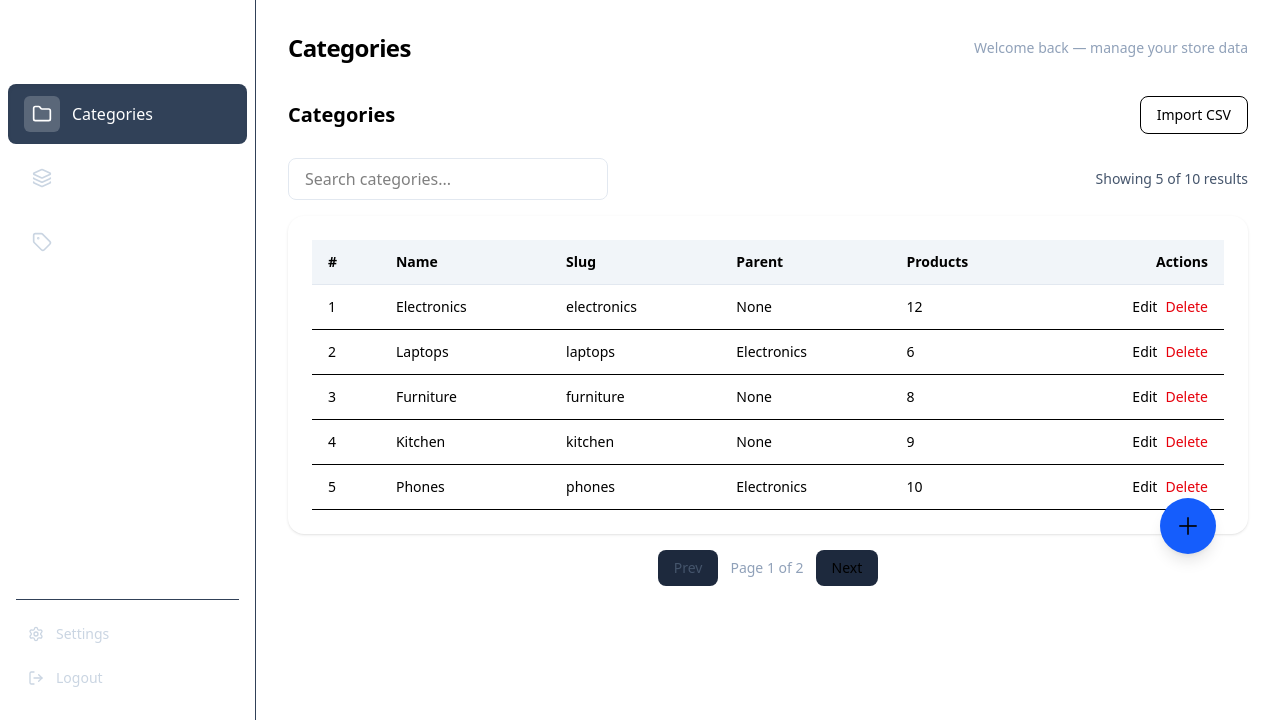
Repository: Ndegwa2/MulistorePOS
Page: /
An editor plug-in stored every save of this project. The page is shown before and after the next save, followed by the edit.
The browser window is 1280 px wide. The pictures show the whole page.
The project was rebuilt for these pictures with package versions that can differ from the ones it lists, and the page was loaded fresh each time. Also part of the build but not shown: vite.config.js, Frontend/EditModal.jsx, Frontend/DeleteConfirm.jsx, Frontend/subcategory.jsx, Frontend/brand.jsx.

Above is the page before, as saved 2025-10-03 09:54:13.

### index.html
<!DOCTYPE html>
<html lang="en">
  <head>
    <meta charset="UTF-8" />
    <link rel="icon" type="image/svg+xml" href="/vite.svg" />
    <meta name="viewport" content="width=device-width, initial-scale=1.0" />
    <title>Multistore POS</title>
  </head>
  <body class="bg-secondary text-text">
    <div id="root"></div>
    <script type="module" src="/Frontend/main.jsx"></script>
  </body>
</html>

### Frontend/main.jsx
import React from 'react'
import ReactDOM from 'react-dom/client'
import './index.css'
import Dashboard from './dashboaord'

ReactDOM.createRoot(document.getElementById('root')).render(
  <React.StrictMode>
    <Dashboard />
  </React.StrictMode>,
)

### Frontend/dashboaord.jsx
import React, { useState } from "react";
import { Folder, Layers, Tag, Settings, LogOut } from "lucide-react";

// Assume these exist in your project
import CategoryPanel from "./categoryPanel";
import SubCategoryPanel from "./subcategory";
import BrandPanel from "./brand";

const NAV = [
  { key: "categories", label: "Categories", icon: Folder },
  { key: "subcategories", label: "Subcategories", icon: Layers },
  { key: "brands", label: "Brands", icon: Tag },
];

export default function Dashboard() {
  const [active, setActive] = useState("categories");

  // small helper for rendering the active panel
  function renderPanel() {
    if (active === "categories") return <CategoryPanel />;
    if (active === "subcategories") return <SubCategoryPanel />;
    return <BrandPanel />;
  }

  return (
    <div className="min-h-screen bg-secondary text-text flex">
      {/* Sidebar */}
      <aside
        className="w-64 fixed left-0 top-0 h-screen bg-primary text-white border-r border-slate-700
                   flex flex-col justify-between"
        aria-label="Sidebar"
      >
        <div>
          {/* Logo / Title */}
          <div className="px-6 py-6">
            <div className="text-sm font-semibold">Multistore POS</div>
          </div>

          {/* Nav */}
          <nav className="mt-4 px-2" aria-label="Main navigation">
            {NAV.map((n) => {
              const Icon = n.icon;
              const isActive = active === n.key;
              return (
                <button
                  key={n.key}
                  onClick={() => setActive(n.key)}
                  className={`group w-full flex items-center gap-3 px-4 py-3 my-1 rounded-lg text-left
                              transition-colors duration-150
                              ${isActive ? "bg-slate-700 text-white shadow-inner" : "hover:bg-slate-700"}`}
                  aria-current={isActive ? "page" : undefined}
                >
                  <div className={`p-2 rounded-md ${isActive ? "bg-white/20" : "bg-transparent"}`}>
                    <Icon className={`w-5 h-5 ${isActive ? "text-white" : "text-slate-300"} transition-colors`} />
                  </div>
                  <span className="flex-1">{n.label}</span>
                  {/* subtle chevron or count placeholder (optional) */}
                </button>
              );
            })}
          </nav>
        </div>

        {/* bottom area */}
        <div className="px-4 pb-6">
          <div className="border-t border-slate-700 pt-4 flex flex-col gap-2">
            <button className="flex items-center gap-3 px-3 py-2 rounded-lg hover:bg-slate-700 transition-colors">
              <Settings className="w-4 h-4 text-slate-300" />
              <span className="text-sm text-slate-300">Settings</span>
            </button>
            <button className="flex items-center gap-3 px-3 py-2 rounded-lg hover:bg-slate-700 transition-colors">
              <LogOut className="w-4 h-4 text-slate-300" />
              <span className="text-sm text-slate-300">Logout</span>
            </button>
          </div>
        </div>
      </aside>

      {/* Main content */}
      <main className="flex-1 ml-64 bg-secondary min-h-screen text-text p-8">
        {/* Top header (shows active panel name) */}
        <header className="mb-6">
          <div className="flex items-center justify-between">
            <h2 className="text-2xl font-semibold tracking-tight">
              {NAV.find((n) => n.key === active)?.label}
            </h2>
            <div className="text-sm text-slate-400">Welcome back — manage your store data</div>
          </div>
        </header>

        {/* Content area with simple fade/slide animation */}
        <section
          key={active} /* remounts on active change to trigger transition */
          className="transition duration-300 ease-out transform opacity-0 translate-y-2 animate-fade-in"
          style={{ animationFillMode: "forwards", animationDuration: "220ms" }}
        >
          <div className="bg-transparent">
            {renderPanel()}
          </div>
        </section>
      </main>

      {/* small global styles for the fade-in animation (Tailwind can't define keyframes inline) */}
      <style>{`
        @keyframes fadeIn {
          from { opacity: 0; transform: translateY(6px); }
          to { opacity: 1; transform: translateY(0); }
        }
        .animate-fade-in {
          animation-name: fadeIn;
        }
      `}</style>
    </div>
  );
}

### Frontend/categoryPanel.jsx
import React, { useState } from "react";
import EditModal from "./EditModal";
import DeleteConfirm from "./DeleteConfirm";

export default function CategoryPanel() {
  const [categories, setCategories] = useState([
    { id: 1, name: "Electronics", slug: "electronics", parent: "None", count: 12 },
    { id: 2, name: "Laptops", slug: "laptops", parent: "Electronics", count: 6 },
    { id: 3, name: "Furniture", slug: "furniture", parent: "None", count: 8 },
    { id: 4, name: "Kitchen", slug: "kitchen", parent: "None", count: 9 },
    { id: 5, name: "Phones", slug: "phones", parent: "Electronics", count: 10 },
    { id: 6, name: "Accessories", slug: "accessories", parent: "Electronics", count: 4 },
    { id: 7, name: "Chairs", slug: "chairs", parent: "Furniture", count: 7 },
    { id: 8, name: "Tables", slug: "tables", parent: "Furniture", count: 5 },
    { id: 9, name: "Home Decor", slug: "home-decor", parent: "None", count: 11 },
    { id: 10, name: "Audio", slug: "audio", parent: "Electronics", count: 3 },
  ]);

  const [showModal, setShowModal] = useState(false);
  const [newCategory, setNewCategory] = useState({ name: "", slug: "", parent: "", description: "" });
  const [searchTerm, setSearchTerm] = useState("");
  const [currentPage, setCurrentPage] = useState(1);
  const itemsPerPage = 5;

  const [showEditModal, setShowEditModal] = useState(false);
  const [editingItem, setEditingItem] = useState(null);
  const [showDeleteConfirm, setShowDeleteConfirm] = useState(false);
  const [deletingItem, setDeletingItem] = useState(null);

  // Derived filtered categories
  const filtered = categories.filter(
    (c) =>
      c.name.toLowerCase().includes(searchTerm.toLowerCase()) ||
      c.slug.toLowerCase().includes(searchTerm.toLowerCase())
  );

  // Pagination logic
  const totalPages = Math.ceil(filtered.length / itemsPerPage);
  const paginated = filtered.slice((currentPage - 1) * itemsPerPage, currentPage * itemsPerPage);

  const handleAdd = () => setShowModal(true);

  const handleSave = () => {
    if (newCategory.name.trim() === "") return;
    setCategories([...categories, { ...newCategory, id: Date.now(), count: 0 }]);
    setNewCategory({ name: "", slug: "", parent: "", description: "" });
    setShowModal(false);
  };

  const handleSearch = (e) => {
    setSearchTerm(e.target.value);
    setCurrentPage(1);
  };

  const handleEdit = (item) => {
    setEditingItem(item);
    setShowEditModal(true);
  };

  const handleEditSave = (updated) => {
    setCategories(categories.map(c => c.id === updated.id ? updated : c));
    setShowEditModal(false);
  };

  const handleDelete = (item) => {
    setDeletingItem(item);
    setShowDeleteConfirm(true);
  };

  const handleDeleteConfirm = () => {
    setCategories(categories.filter(c => c.id !== deletingItem.id));
    setShowDeleteConfirm(false);
  };

  return (
    <div className="text-text font-sans">
      {/* Header */}
      <div className="flex flex-col sm:flex-row justify-between sm:items-center mb-6 gap-3">
        <h2 className="text-xl font-semibold">Categories</h2>
        <div className="flex gap-3">
          <button
            className="bg-primary text-white px-4 py-2 rounded-lg hover:bg-slate-700 text-sm"
            onClick={handleAdd}
          >
            + New Category
          </button>
          <button className="border border-primary text-primary px-4 py-2 rounded-lg hover:bg-slate-100 text-sm">
            Import CSV
          </button>
        </div>
      </div>

      {/* Search */}
      <div className="mb-4 flex justify-between items-center flex-wrap gap-3">
        <input
          type="text"
          placeholder="Search categories..."
          value={searchTerm}
          onChange={handleSearch}
          className="w-full sm:w-1/3 bg-white text-text px-4 py-2 rounded-lg border border-slate-200 focus:ring-2 focus:ring-primary outline-none"
        />
        <span className="text-sm text-slate-600">
          Showing {paginated.length} of {filtered.length} results
        </span>
      </div>

      {/* Table */}
      <div className="bg-white rounded-2xl shadow p-6 overflow-x-auto">
        <table className="w-full text-left border-collapse text-sm">
          <thead className="bg-slate-100 border-b border-slate-200">
            <tr>
              <th className="py-3 px-4">#</th>
              <th className="py-3 px-4">Name</th>
              <th className="py-3 px-4">Slug</th>
              <th className="py-3 px-4">Parent</th>
              <th className="py-3 px-4">Products</th>
              <th className="py-3 px-4 text-right">Actions</th>
            </tr>
          </thead>
          <tbody>
            {paginated.map((cat, idx) => (
              <tr key={cat.id} className="border-b hover:bg-slate-50">
                <td className="py-3 px-4">{(currentPage - 1) * itemsPerPage + idx + 1}</td>
                <td className="py-3 px-4">{cat.name}</td>
                <td className="py-3 px-4">{cat.slug}</td>
                <td className="py-3 px-4">{cat.parent}</td>
                <td className="py-3 px-4">{cat.count}</td>
                <td className="py-3 px-4 text-right space-x-2">
                  <button
                    onClick={() => handleEdit(cat)}
                    className="text-primary hover:underline"
                  >
                    Edit
                  </button>
                  <button
                    onClick={() => handleDelete(cat)}
                    className="text-red-600 hover:underline"
                  >
                    Delete
                  </button>
                </td>
              </tr>
            ))}
          </tbody>
        </table>
      </div>

      {/* Pagination Controls */}
      <div className="flex justify-center gap-3 mt-4">
        <button
          disabled={currentPage === 1}
          onClick={() => setCurrentPage(currentPage - 1)}
          className={`px-4 py-2 rounded-lg text-sm ${
            currentPage === 1 ? "bg-slate-800 text-slate-600" : "bg-slate-800 hover:bg-slate-700"
          }`}
        >
          Prev
        </button>
        <span className="text-slate-400 text-sm self-center">
          Page {currentPage} of {totalPages}
        </span>
        <button
          disabled={currentPage === totalPages}
          onClick={() => setCurrentPage(currentPage + 1)}
          className={`px-4 py-2 rounded-lg text-sm ${
            currentPage === totalPages
              ? "bg-slate-800 text-slate-600"
              : "bg-slate-800 hover:bg-slate-700"
          }`}
        >
          Next
        </button>
      </div>

      {/* Floating Add Button */}
      <button
        onClick={handleAdd}
        className="fixed bottom-8 right-8 bg-blue-600 hover:bg-blue-700 w-14 h-14 flex items-center justify-center rounded-full shadow-lg"
      >
        <span className="text-2xl">＋</span>
      </button>

      {/* Modal */}
      {showModal && (
        <div className="fixed inset-0 bg-black/50 flex items-center justify-center z-50">
          <div className="bg-slate-900 p-6 rounded-xl w-full max-w-md shadow-2xl border border-slate-800">
            <h2 className="text-lg font-semibold mb-4">Add New Category</h2>

            <div className="space-y-4">
              <div>
                <label className="text-sm text-slate-400">Name</label>
                <input
                  type="text"
                  value={newCategory.name}
                  onChange={(e) => setNewCategory({ ...newCategory, name: e.target.value })}
                  className="w-full mt-1 bg-slate-800 rounded-lg px-3 py-2 outline-none focus:ring-2 focus:ring-blue-600"
                />
              </div>
              <div>
                <label className="text-sm text-slate-400">Slug</label>
                <input
                  type="text"
                  value={newCategory.slug}
                  onChange={(e) => setNewCategory({ ...newCategory, slug: e.target.value })}
                  className="w-full mt-1 bg-slate-800 rounded-lg px-3 py-2 outline-none focus:ring-2 focus:ring-blue-600"
                />
              </div>
              <div>
                <label className="text-sm text-slate-400">Parent</label>
                <select
                  value={newCategory.parent}
                  onChange={(e) => setNewCategory({ ...newCategory, parent: e.target.value })}
                  className="w-full mt-1 bg-slate-800 rounded-lg px-3 py-2 outline-none focus:ring-2 focus:ring-blue-600"
                >
                  <option value="">None</option>
                  {categories
                    .filter((c) => c.parent === "None")
                    .map((c) => (
                      <option key={c.id}>{c.name}</option>
                    ))}
                </select>
              </div>
              <div>
                <label className="text-sm text-slate-400">Description</label>
                <textarea
                  rows="3"
                  value={newCategory.description}
                  onChange={(e) => setNewCategory({ ...newCategory, description: e.target.value })}
                  className="w-full mt-1 bg-slate-800 rounded-lg px-3 py-2 outline-none focus:ring-2 focus:ring-blue-600"
                ></textarea>
              </div>
            </div>

            <div className="flex justify-end gap-3 mt-6">
              <button
                onClick={() => setShowModal(false)}
                className="px-4 py-2 bg-slate-800 hover:bg-slate-700 rounded-lg"
              >
                Cancel
              </button>
              <button
                onClick={handleSave}
                className="px-4 py-2 bg-blue-600 hover:bg-blue-700 rounded-lg"
              >
                Save
              </button>
            </div>
          </div>
        </div>
      )}

      <EditModal
        isOpen={showEditModal}
        onClose={() => setShowEditModal(false)}
        onSave={handleEditSave}
        initialData={editingItem}
        fields={[
          { name: 'name', label: 'Name', type: 'text' },
          { name: 'slug', label: 'Slug', type: 'text' },
          { name: 'parent', label: 'Parent', type: 'select', options: ['None', ...categories.filter(c => c.parent === 'None').map(c => c.name)] },
          { name: 'description', label: 'Description', type: 'textarea' }
        ]}
      />

      <DeleteConfirm
        isOpen={showDeleteConfirm}
        onClose={() => setShowDeleteConfirm(false)}
        onConfirm={handleDeleteConfirm}
        itemName={deletingItem?.name}
      />
    </div>
  );
}

Loaded but not shown: Frontend/index.css (common file)

After the next save:
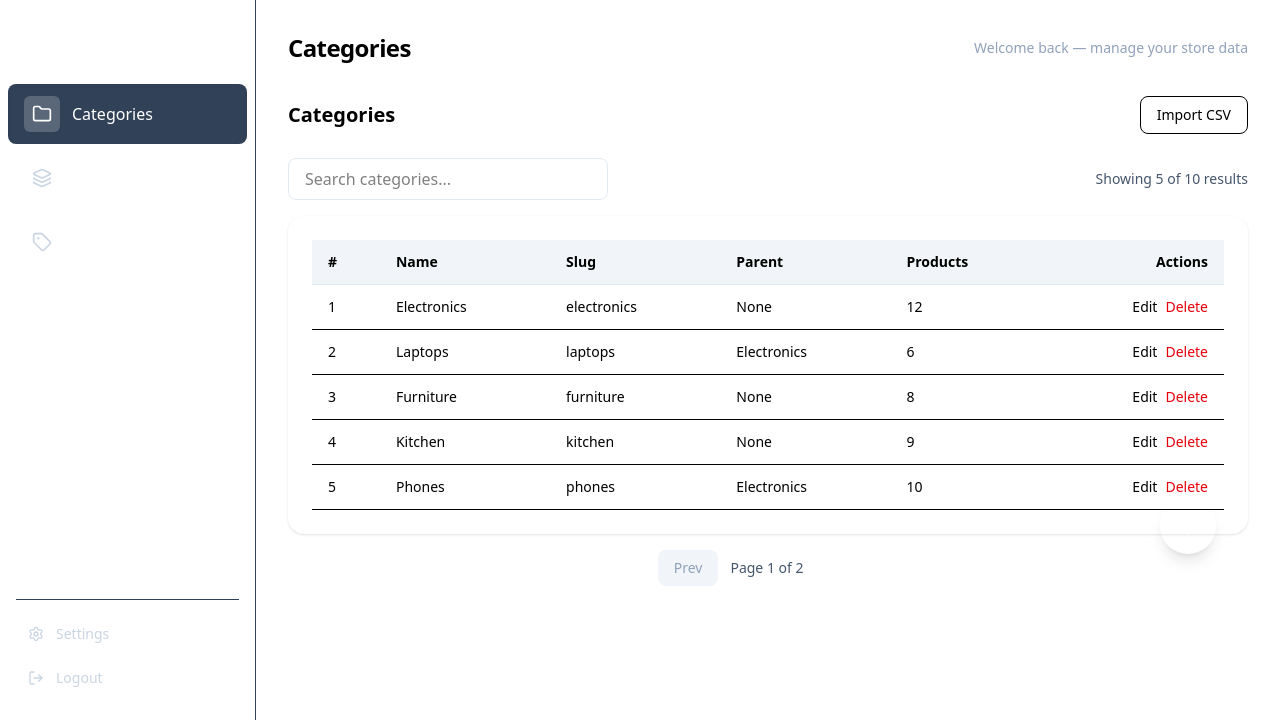
Saved 15 s later.
--- a/Frontend/categoryPanel.jsx
+++ b/Frontend/categoryPanel.jsx
@@ -151,12 +151,12 @@ export default function CategoryPanel() {
           disabled={currentPage === 1}
           onClick={() => setCurrentPage(currentPage - 1)}
           className={`px-4 py-2 rounded-lg text-sm ${
-            currentPage === 1 ? "bg-slate-800 text-slate-600" : "bg-slate-800 hover:bg-slate-700"
+            currentPage === 1 ? "bg-slate-100 text-slate-400" : "bg-primary text-white hover:bg-slate-700"
           }`}
         >
           Prev
         </button>
-        <span className="text-slate-400 text-sm self-center">
+        <span className="text-slate-600 text-sm self-center">
           Page {currentPage} of {totalPages}
         </span>
         <button
@@ -164,8 +164,8 @@ export default function CategoryPanel() {
           onClick={() => setCurrentPage(currentPage + 1)}
           className={`px-4 py-2 rounded-lg text-sm ${
             currentPage === totalPages
-              ? "bg-slate-800 text-slate-600"
-              : "bg-slate-800 hover:bg-slate-700"
+              ? "bg-slate-100 text-slate-400"
+              : "bg-primary text-white hover:bg-slate-700"
           }`}
         >
           Next
@@ -175,7 +175,7 @@ export default function CategoryPanel() {
       {/* Floating Add Button */}
       <button
         onClick={handleAdd}
-        className="fixed bottom-8 right-8 bg-blue-600 hover:bg-blue-700 w-14 h-14 flex items-center justify-center rounded-full shadow-lg"
+        className="fixed bottom-8 right-8 bg-primary hover:bg-slate-700 w-14 h-14 flex items-center justify-center rounded-full shadow-lg text-white"
       >
         <span className="text-2xl">＋</span>
       </button>
